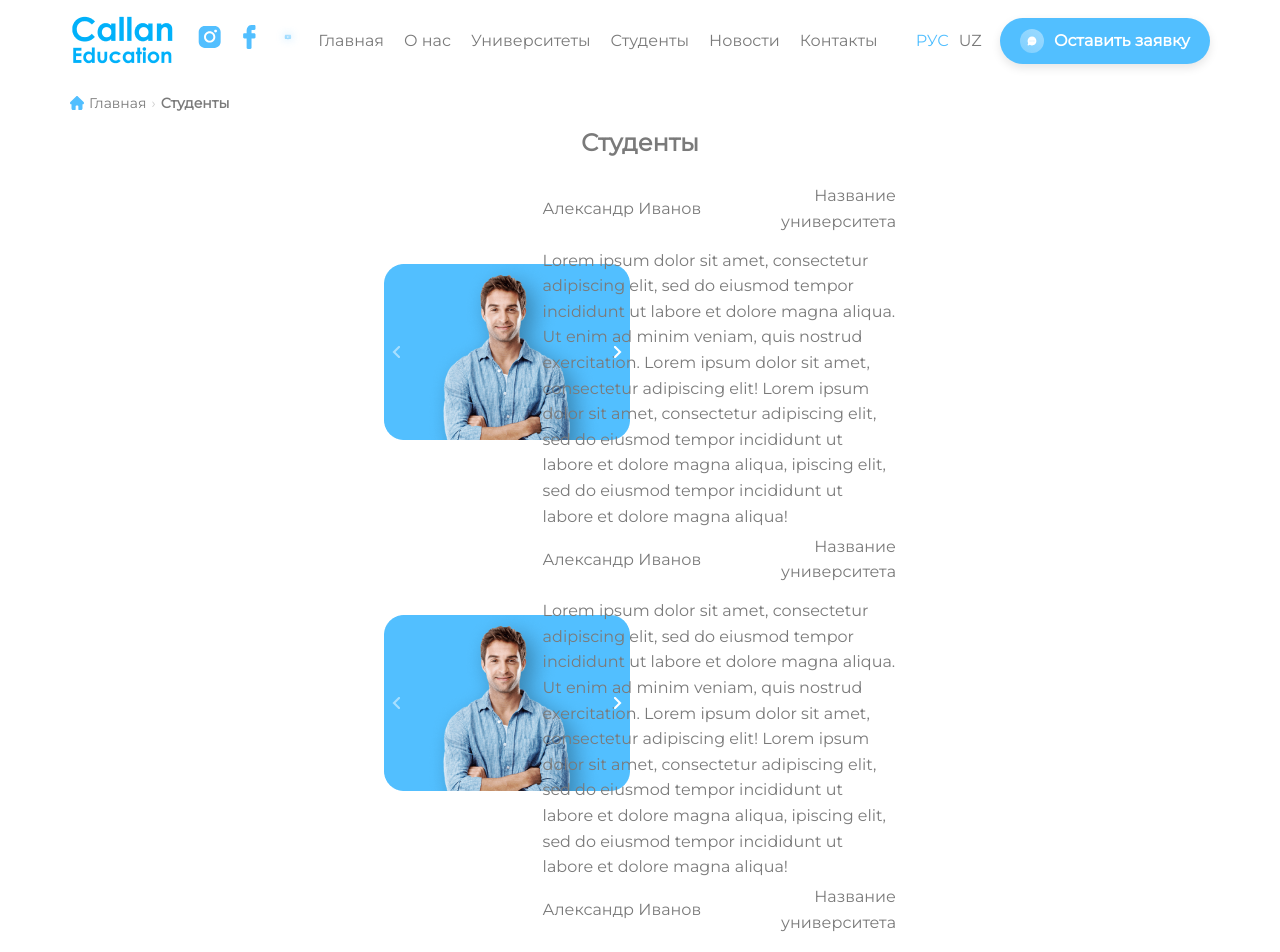
Repository: olyakorzh/Team-project-1
Page: assets/pages/students.html
The author's editor kept a copy of each file at every save. The page is drawn from the files as they stood at one save, then again after a run of saves.
The browser window is 1280 px wide. The pictures show the part of the page from y = 0 to 952 px (the page is 2682 px tall).
A picture or video elsewhere on the page could not be fetched, so the positions and the page height are approximate.

Above is the page before, as saved 2024-12-08 11:37:31.

After the next 3 saves:
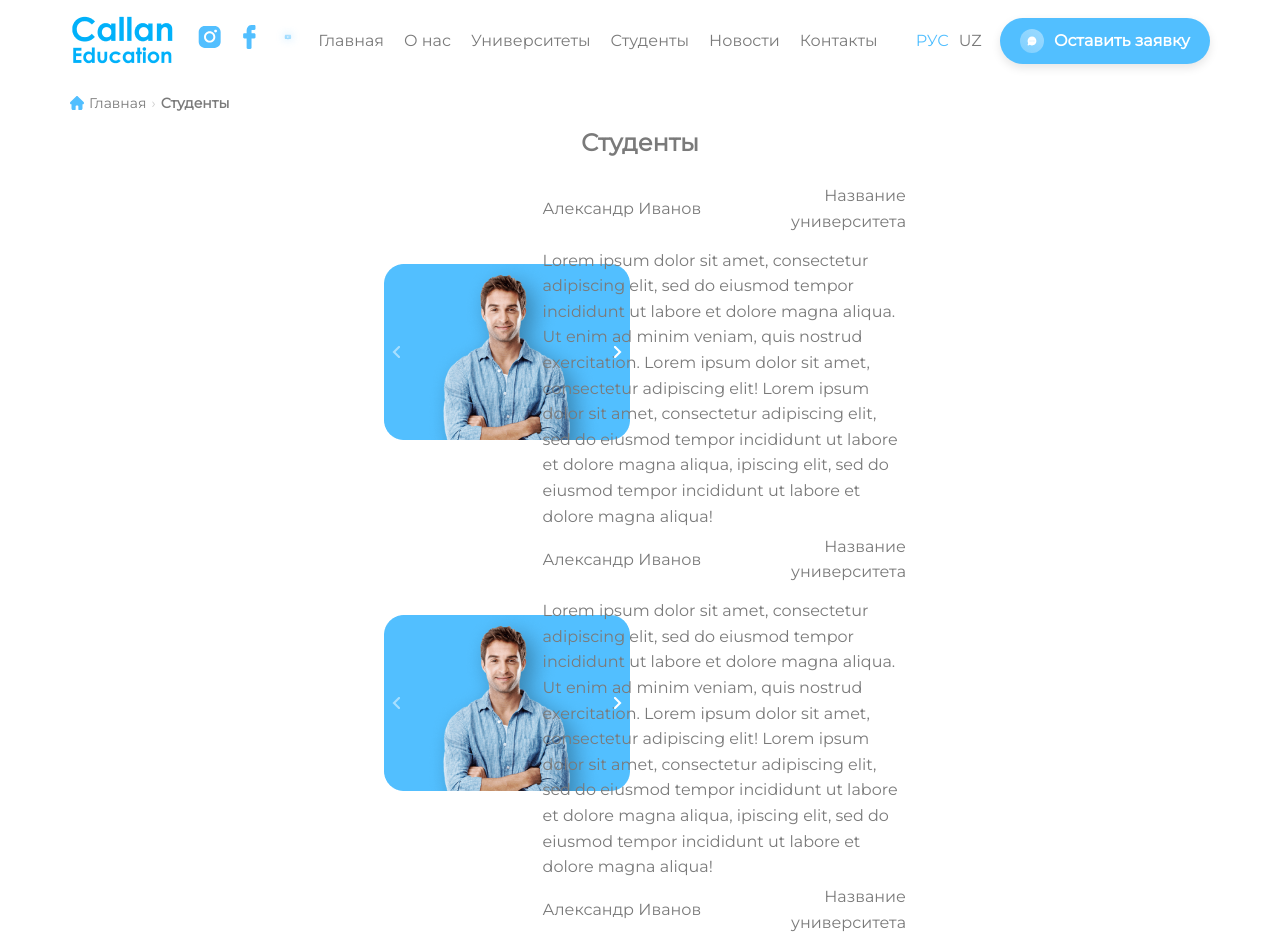
The 3 saves are shown as one change because they came seconds apart.
The last was saved 6 s later.
--- a/assets/styles/students.css
+++ b/assets/styles/students.css
@@ -191,7 +191,7 @@
 
   .containerstudent{
     display: grid;
-    grid-template-columns: 30% 35% 1fr;
+    grid-template-columns: 30% 35% 35%;
     grid-template-rows: 20% 1fr;
     gap: 5px 5px;
     align-items: center;
